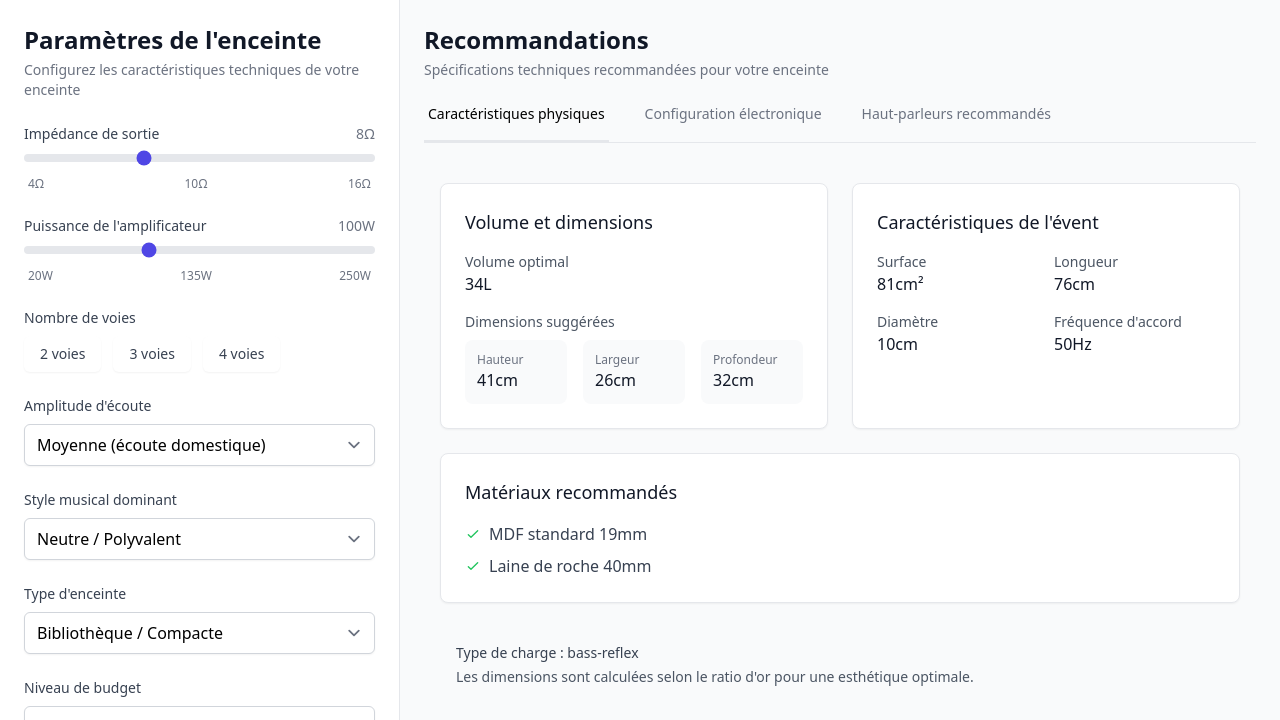
Repository: flobutbut/AcuoTune
Page: /#/
These files come from the project's save history. The page is drawn as it stood at one moment and after the next save; the edit follows.
The browser window is 1280 px wide. The pictures show the whole page.
The project was rebuilt for these pictures with package versions that can differ from the ones it lists, and the page was loaded fresh each time. Also part of the build but not shown: vite.config.ts, src/utils/calculations/electronic.ts, src/utils/calculations/frequency-response.ts, src/components/configurateur/FrequencyResponseChart.vue, src/components/configurateur/recommendations/ElectronicTab.vue, src/components/configurateur/recommendations/SpeakersTab.vue.

Above is the page before, as saved 2025-02-28 15:59:20.

### src/main.ts
import './assets/main.css'

import { createApp } from 'vue'
import { createPinia } from 'pinia'
import App from './App.vue'
import router from './router'

// Pour le débogage
console.log('Initializing app...')

const app = createApp(App)
const pinia = createPinia()

// Pour le débogage
app.config.errorHandler = (err, instance, info) => {
  console.error('Vue Error:', err)
  console.log('Component:', instance)
  console.log('Info:', info)
}

app.use(pinia)
app.use(router)

app.mount('#app')

// Pour le débogage
console.log('App mounted')

### src/App.vue
<script setup lang="ts">
import { RouterView } from 'vue-router'
</script>

<template>
  <RouterView />
</template>

<style>
#app {
  height: 100vh;
  width: 100vw;
}
</style>

### src/router/index.ts
import { createRouter, createWebHashHistory } from 'vue-router'
import ConfigurateurView from '../views/ConfigurateurView.vue'

const base = process.env.NODE_ENV === 'production' ? '/AcuoTune/' : '/'

const router = createRouter({
  history: createWebHashHistory(base),
  routes: [
    {
      path: '/',
      name: 'home',
      component: ConfigurateurView
    }
  ]
})

export default router

### src/views/ConfigurateurView.vue
<script setup lang="ts">
import ConfigurationPanel from '@/components/configurateur/ConfigurationPanel.vue'
import RecommendationsPanel from '@/components/configurateur/RecommendationsPanel.vue'
</script>

<template>
  <div class="flex h-screen bg-gray-50">
    <!-- Colonne de gauche - Configuration -->
    <div class="w-[400px] min-w-[400px] overflow-y-auto border-r border-gray-200 bg-white">
      <ConfigurationPanel />
    </div>

    <!-- Colonne de droite - Recommandations -->
    <div class="flex-1 overflow-y-auto">
      <RecommendationsPanel />
    </div>
  </div>
</template>

<style>
/* Supprimer les marges par défaut */
body {
  margin: 0;
  padding: 0;
}

/* Assurer que l'app prend toute la hauteur */
#app {
  height: 100vh;
}
</style>

### src/components/configurateur/RecommendationsPanel.vue
<script setup lang="ts">
import { ref } from 'vue'
import PhysicalTab from './recommendations/PhysicalTab.vue'
import ElectronicTab from './recommendations/ElectronicTab.vue'
import SpeakersTab from './recommendations/SpeakersTab.vue'

const activeTab = ref('physique')

// Données temporaires pour test
const physicalRecommendations = {
  volume: '30L',
  dimensions: {
    height: '80cm',
    width: '30cm',
    depth: '40cm'
  },
  materials: ['MDF 19mm', 'Contreplaqué bouleau 18mm'],
  portType: 'Bass-reflex',
  port: {
    surface: '50cm²',
    length: '15cm',
    diameter: '8cm',
    tuningFreq: '35Hz'
  }
}

const electronicRecommendations = {
  impedance: '8Ω',
  power: '100W RMS',
  crossoverFreqs: ['500Hz', '3.5kHz'],
  filterSlope: '12dB/octave',
  efficiency: '89dB'
}

const speakerRecommendations = [
  {
    type: 'Grave',
    impedance: '8Ω',
    power: '100W RMS',
    sensitivity: '89dB'
  },
  {
    type: 'Médium',
    impedance: '8Ω',
    power: '50W RMS',
    sensitivity: '91dB'
  },
  {
    type: 'Aigu',
    impedance: '8Ω',
    power: '25W RMS',
    sensitivity: '92dB'
  }
]
</script>

<template>
  <div class="w-full">
    <div class="p-6">
      <h2 class="text-2xl font-bold text-gray-900">Recommandations</h2>
      <p class="mt-1 text-sm text-gray-500 mb-6">Spécifications techniques recommandées pour votre enceinte</p>

      <!-- Onglets -->
      <div class="border-b border-gray-200">
        <nav class="flex space-x-8" aria-label="Tabs">
          <button
            v-for="tab in ['physique', 'electronique', 'hautparleurs']"
            :key="tab"
            @click="activeTab = tab"
            :class="[
              'pb-4 px-1 font-medium text-sm border-b-2 transition-colors',
              activeTab === tab
                ? 'border-primary-600 text-primary-600'
                : 'border-transparent text-gray-500 hover:text-gray-700 hover:border-gray-300'
            ]"
          >
            {{ tab === 'physique' ? 'Caractéristiques physiques' :
               tab === 'electronique' ? 'Configuration électronique' :
               'Haut-parleurs recommandés' }}
          </button>
        </nav>
      </div>

      <!-- Contenu des onglets -->
      <div class="mt-6">
        <PhysicalTab v-if="activeTab === 'physique'" />
        <ElectronicTab v-if="activeTab === 'electronique'" />
        <SpeakersTab v-if="activeTab === 'hautparleurs'" />
      </div>
    </div>
  </div>
</template>

### src/stores/configurateur.ts
import { defineStore } from 'pinia'
import type {
  Config,
  Recommendations,
  PhysicalRecommendation,
  ElectronicRecommendation,
  HautParleur
} from '@/types/configurateur'
import { calculateAcoustic } from '@/utils/calculations/acoustic'
import { calculateElectronic } from '@/utils/calculations/electronic'
import { calculatePhysical } from '@/utils/calculations/physical'
import { calculateSpeakers } from '@/utils/calculations/speakers'

const getTweeterTechnologie = (styleMusical: string, budgetNiveau: string): string => {
  if (styleMusical === 'hifi' || budgetNiveau === 'élevé') {
    return 'Dôme en soie de haute qualité avec chambre arrière amortie'
  }
  return 'Dôme en soie standard'
}

const getFrequencesCoupure = (nombreVoies: number, styleMusical: string): string[] => {
  const frequences = []

  switch (nombreVoies) {
    case 2:
      frequences.push(styleMusical === 'bass' ? '2.5 kHz' : '3 kHz')
      break
    case 3:
      frequences.push(
        styleMusical === 'bass' ? '400 Hz' : '500 Hz',
        styleMusical === 'bass' ? '2.5 kHz' : '3 kHz'
      )
      break
    case 4:
      frequences.push(
        styleMusical === 'bass' ? '200 Hz' : '250 Hz',
        styleMusical === 'bass' ? '800 Hz' : '1 kHz',
        styleMusical === 'bass' ? '2.5 kHz' : '3 kHz'
      )
      break
  }

  return frequences
}

// État initial par défaut
const defaultConfig: Config = {
  // Valeurs par défaut
  nombreVoies: '2',
  puissanceAmp: 100,
  impedance: 8,
  amplitudeEcoute: 'moyenne',
  styleMusical: 'neutre',
  typeEnceinte: 'bibliothèque',
  distanceAuMur: 'moyenne',
  utilisationPrincipale: 'musique',
  budgetNiveau: 'moyen',
  typeCharge: 'bass-reflex',
  showAdvanced: false,
  // Valeurs avancées
  penteFiltre: 12,
  freqCoupureManuelle: [],
  accordEvent: 0,
  facteurQualite: 0.707
}

// Recommandations par défaut
const defaultRecommendations: Recommendations = {
  physique: {
    dimensions: { hauteur: 0, largeur: 0, profondeur: 0 },
    volume: 0,
    materiaux: [],
    typeCharge: 'bass-reflex',
    ventilation: false
  },
  electronique: {
    puissanceAdmissible: '',
    impedanceGlobale: '',
    sensibilite: '',
    frequencesCoupure: [],
    penteFiltre: ''
  },
  hautParleurs: [],
  freqCoupure: []
}

export const useConfigurateurStore = defineStore('configurateur', {
  state: () => ({
    config: defaultConfig as Config
  }),

  actions: {
    updateConfig(newConfig: Partial<Config>) {
      this.config = {
        ...this.config,
        ...newConfig
      }
    },

    resetConfig() {
      this.config = { ...defaultConfig }
    },

    calculateRecommendations() {
      console.log('Calculating recommendations with config:', this.config)

      try {
        // Calculs acoustiques
        const acoustic = calculateAcoustic(this.config)
        console.log('Acoustic calculations:', acoustic)

        // Mise à jour temporaire des recommandations
        this.recommandations = {
          physique: {
            dimensions: {
              hauteur: Math.round(Math.pow(acoustic.volumeOptimal * 1000, 1/3) * 1.6),
              largeur: Math.round(Math.pow(acoustic.volumeOptimal * 1000, 1/3)),
              profondeur: Math.round(Math.pow(acoustic.volumeOptimal * 1000, 1/3) * 1.25)
            },
            volume: acoustic.volumeOptimal,
            materiaux: ['MDF 19mm', 'Laine de roche 50mm'],
            typeCharge: this.config.typeCharge,
            ventilation: this.config.typeCharge !== 'clos',
            eventSpecs: this.config.typeCharge !== 'clos' ? {
              surface: 50,
              diametre: 8,
              longueur: 15,
              frequence: acoustic.frequenceAccord
            } : undefined
          },
          electronique: {
            puissanceAdmissible: `${acoustic.puissanceMax}W RMS`,
            impedanceGlobale: `${this.config.impedance}Ω nominal`,
            sensibilite: `${acoustic.rendementBasse} dB`,
            frequencesCoupure: acoustic.freqCoupure,
            penteFiltre: `${this.config.penteFiltre || '12'} dB/octave`
          },
          hautParleurs: [],
          freqCoupure: acoustic.freqCoupure
        }

        console.log('Updated recommendations:', this.recommandations)
      } catch (error) {
        console.error('Error calculating recommendations:', error)
      }
    },

    _calculateAcousticParameters() {
      return calculateAcoustic(this.config)
    },

    _calculatePhysicalParameters(acoustic: any) {
      // TODO: Implémenter dans physical.ts
      return this.recommandations.physique
    },

    _calculateElectronicParameters(acoustic: any) {
      // TODO: Implémenter dans electronic.ts
      return this.recommandations.electronique
    },

    _calculateSpeakerParameters(acoustic: any) {
      // TODO: Implémenter dans speakers.ts
      return this.recommandations.hautParleurs
    }
  }
})

### src/components/configurateur/controls/RangeInput.vue
<script setup lang="ts">
defineProps<{
  label: string
  name: string
  value: number
  min: number
  max: number
  step: number
  unit?: string
}>()

defineEmits<{
  (e: 'update', event: Event): void
}>()
</script>

<template>
  <div class="space-y-2">
    <!-- Label et valeur actuelle -->
    <div class="flex justify-between items-center">
      <label :for="name" class="block text-sm font-medium text-gray-700">
        {{ label }}
      </label>
      <span class="text-sm text-gray-500">
        {{ value }}{{ unit }}
      </span>
    </div>

    <!-- Input range -->
    <input
      :id="name"
      type="range"
      :name="name"
      :min="min"
      :max="max"
      :step="step"
      :value="value"
      @input="$emit('update', $event)"
      class="w-full h-2 bg-gray-200 rounded-lg appearance-none cursor-pointer
             dark:bg-gray-700 accent-indigo-600 focus:outline-none focus:ring-2
             focus:ring-indigo-500 focus:ring-offset-2"
    />

    <!-- Valeurs min/max -->
    <div class="flex justify-between px-1">
      <span class="text-xs text-gray-500">{{ min }}{{ unit }}</span>
      <span class="text-xs text-gray-500">{{ Math.round((max + min) / 2) }}{{ unit }}</span>
      <span class="text-xs text-gray-500">{{ max }}{{ unit }}</span>
    </div>
  </div>
</template>

### src/components/configurateur/controls/SelectInput.vue
<script setup lang="ts">
interface Option {
  value: string
  label: string
}

defineProps<{
  label: string
  name: string
  value: string
  options: Option[]
}>()

defineEmits<{
  (e: 'update', event: Event): void
}>()
</script>

<template>
  <div class="space-y-2">
    <label :for="name" class="block text-sm font-medium text-gray-700">
      {{ label }}
    </label>
    <select
      :id="name"
      :name="name"
      :value="value"
      @change="$emit('update', $event)"
      class="mt-1 block w-full rounded-md border-gray-300 py-2 pl-3 pr-10 text-base
             focus:border-indigo-500 focus:outline-none focus:ring-indigo-500
             bg-white shadow-sm"
    >
      <option
        v-for="option in options"
        :key="option.value"
        :value="option.value"
        class="text-gray-900"
      >
        {{ option.label }}
      </option>
    </select>
  </div>
</template>

### src/constants/configurateur.ts
export const IMPEDANCE_OPTIONS = {
  min: 4,
  max: 16,
  step: 4
}

export const PUISSANCE_OPTIONS = {
  min: 20,
  max: 250,
  step: 10
}

export const AMPLITUDE_ECOUTE_OPTIONS = [
  { value: 'faible', label: 'Faible (écoute de proximité)' },
  { value: 'moyenne', label: 'Moyenne (écoute domestique)' },
  { value: 'forte', label: 'Forte (home-cinéma, fêtes)' }
]

export const STYLE_MUSICAL_OPTIONS = [
  { value: 'neutre', label: 'Neutre / Polyvalent' },
  { value: 'hifi', label: 'Hi-Fi / Audiophile' },
  { value: 'bass', label: 'Bass heavy (Electronic, Hip-hop)' },
  { value: 'acoustique', label: 'Acoustique / Classique' }
]

export const TYPE_ENCEINTE_OPTIONS = [
  { value: 'bibliothèque', label: 'Bibliothèque / Compacte' },
  { value: 'colonne', label: 'Colonne' },
  { value: 'monitoring', label: 'Monitoring' }
]

export const BUDGET_NIVEAU_OPTIONS = [
  { value: 'économique', label: 'Économique' },
  { value: 'moyen', label: 'Moyen' },
  { value: 'élevé', label: 'Élevé' }
]

export const DISTANCE_MUR_OPTIONS = [
  { value: 'proche', label: 'Proche (< 20cm)' },
  { value: 'moyenne', label: 'Moyenne (20-40cm)' },
  { value: 'éloignée', label: 'Éloignée (> 40cm)' }
]

export const UTILISATION_OPTIONS = [
  { value: 'musique', label: 'Musique' },
  { value: 'homecinema', label: 'Home-cinéma' },
  { value: 'mixte', label: 'Mixte (Musique + Home-cinéma)' },
  { value: 'studio', label: 'Production / Mixage studio' }
]

export const TYPE_CHARGE_OPTIONS = [
  { value: 'clos', label: 'Clos' },
  { value: 'bass-reflex', label: 'Bass-reflex' },
  { value: 'double-bass-reflex', label: 'Double Bass-reflex' }
]

export const PENTE_FILTRE_OPTIONS = [
  { value: '12', label: '12 dB/octave' },
  { value: '18', label: '18 dB/octave' },
  { value: '24', label: '24 dB/octave' }
]

export const FACTEUR_QUALITE_OPTIONS = [
  { value: '0.5', label: 'Q = 0.5 (Sous-amorti)' },
  { value: '0.707', label: 'Q = 0.707 (Butterworth)' },
  { value: '1.0', label: 'Q = 1.0 (Sur-amorti)' }
]

Loaded but not shown: index.html (common file); src/assets/main.css (common file); tailwind.config.js (13 lines, source omitted); src/utils/calculations/acoustic.ts (372 lines, source omitted); src/components/configurateur/ConfigurationPanel.vue (291 lines, source omitted); src/utils/calculations/physical.ts (240 lines, source omitted); src/components/configurateur/recommendations/PhysicalTab.vue (104 lines, source omitted)

After the next save:
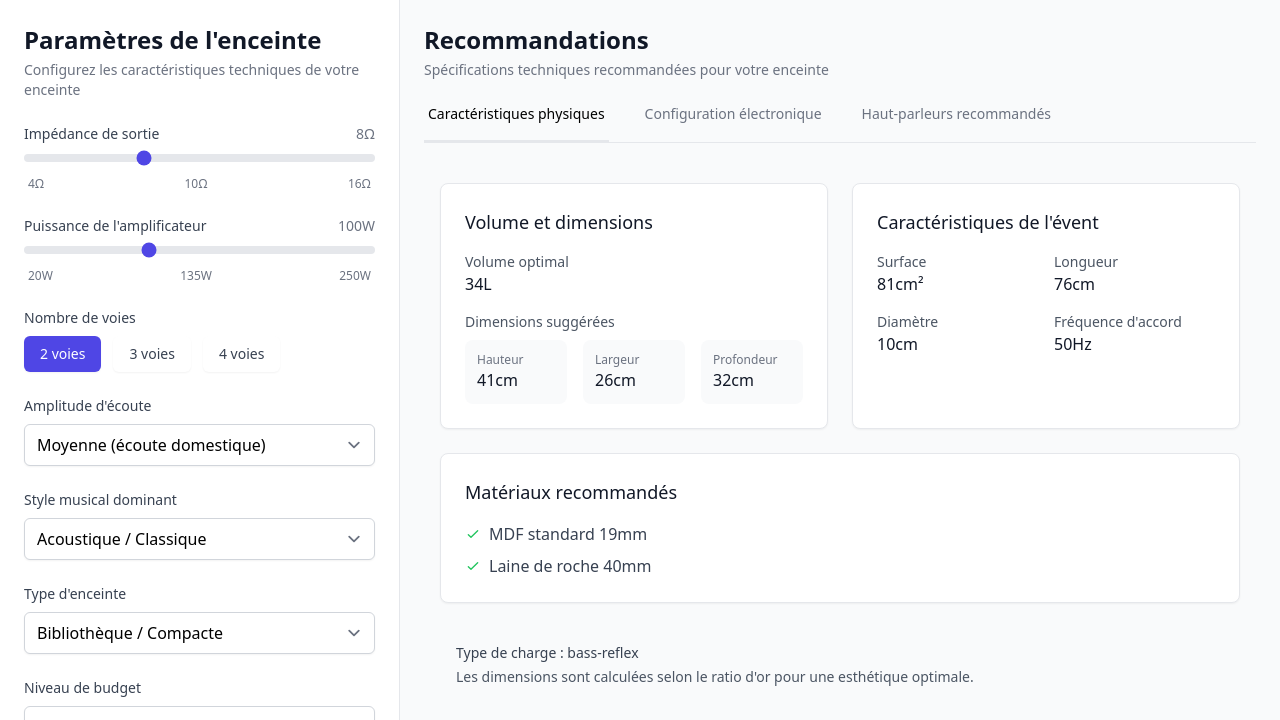
Saved 107 s later.
--- a/src/stores/configurateur.ts
+++ b/src/stores/configurateur.ts
@@ -50,7 +50,7 @@
   puissanceAmp: 100,
   impedance: 8,
   amplitudeEcoute: 'moyenne',
-  styleMusical: 'neutre',
+  styleMusical: 'acoustique',
   typeEnceinte: 'bibliothèque',
   distanceAuMur: 'moyenne',
   utilisationPrincipale: 'musique',
@@ -59,8 +59,8 @@
   showAdvanced: false,
   // Valeurs avancées
   penteFiltre: 12,
-  freqCoupureManuelle: [],
-  accordEvent: 0,
+  freqCoupureManuelle: [500, 5000],
+  accordEvent: 50,
   facteurQualite: 0.707
 }
 
@@ -86,14 +86,53 @@
 
 export const useConfigurateurStore = defineStore('configurateur', {
   state: () => ({
-    config: defaultConfig as Config
+    config: {
+      impedance: 8,
+      puissanceAmp: 100,
+      nombreVoies: 2,
+      amplitudeEcoute: 'moyenne',
+      styleMusical: 'acoustique',
+      typeEnceinte: 'bibliothèque',
+      budgetNiveau: 'moyen',
+      distanceAuMur: 'moyenne',
+      utilisationPrincipale: 'musique',
+      showAdvanced: false,
+      typeCharge: 'bass-reflex',
+      accordEvent: 50,
+      facteurQualite: 0.707, // Valeur par défaut Butterworth
+      freqCoupureManuelle: [500, 5000]
+    } as Config
   }),
 
   actions: {
-    updateConfig(newConfig: Partial<Config>) {
+    updateConfig(update: Partial<Config>) {
       this.config = {
         ...this.config,
-        ...newConfig
+        ...update
+      }
+
+      // Si on change le type de charge, on ajuste la fréquence d'accord
+      if (update.typeCharge) {
+        const baseFreq = this.config.typeEnceinte === 'bibliothèque' ? 50 : 40
+        this.config.accordEvent = update.typeCharge === 'double-bass-reflex'
+          ? Math.round(baseFreq * 0.8)
+          : baseFreq
+      }
+
+      // Si on change le facteur de qualité, on ajuste les recommandations
+      if (update.facteurQualite) {
+        // Mise à jour des fréquences de coupure en fonction du facteur de qualité
+        const q = parseFloat(update.facteurQualite.toString())
+        if (q <= 0.6) {
+          // Pour un son plus neutre, on augmente légèrement les fréquences de coupure
+          this.config.freqCoupureManuelle = [600, 5500]
+        } else if (q >= 0.9) {
+          // Pour plus d'impact, on baisse légèrement les fréquences de coupure
+          this.config.freqCoupureManuelle = [400, 4500]
+        } else {
+          // Valeurs standard pour Butterworth
+          this.config.freqCoupureManuelle = [500, 5000]
+        }
       }
     },
 

After the save that followed:
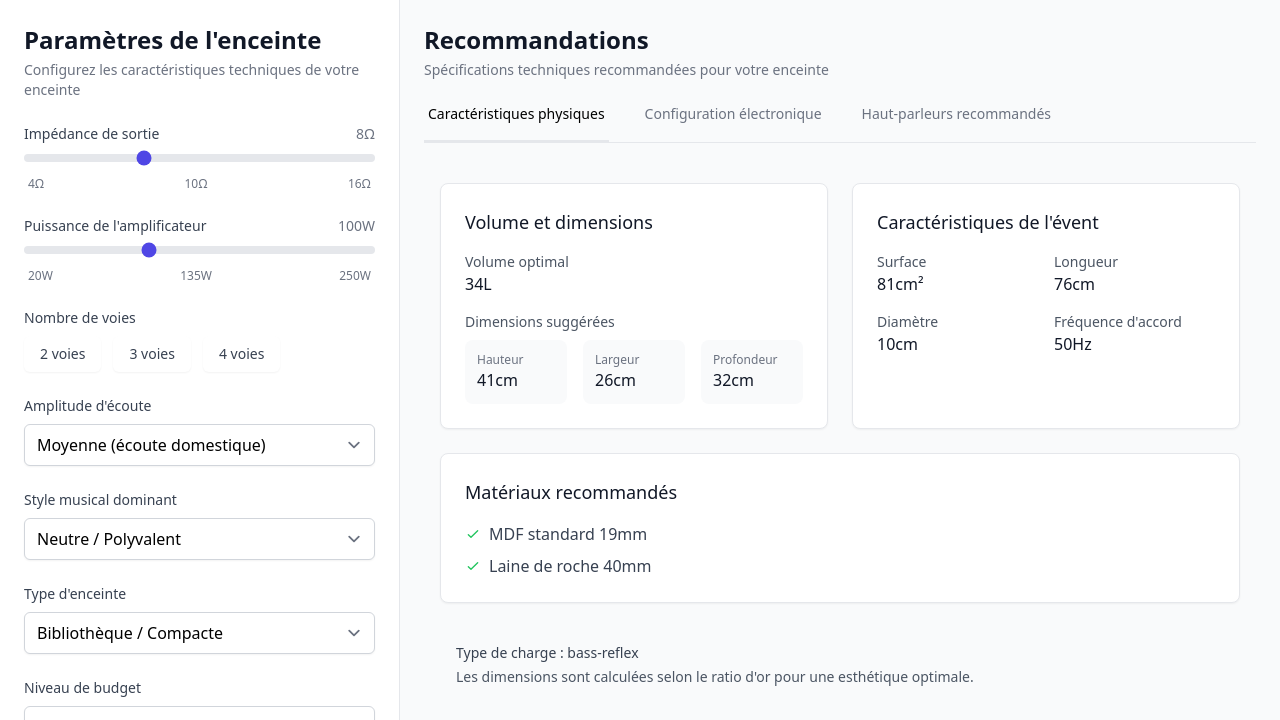
Saved 40 s later.
--- a/src/stores/configurateur.ts
+++ b/src/stores/configurateur.ts
@@ -50,7 +50,7 @@
   puissanceAmp: 100,
   impedance: 8,
   amplitudeEcoute: 'moyenne',
-  styleMusical: 'acoustique',
+  styleMusical: 'neutre',
   typeEnceinte: 'bibliothèque',
   distanceAuMur: 'moyenne',
   utilisationPrincipale: 'musique',
@@ -59,8 +59,8 @@
   showAdvanced: false,
   // Valeurs avancées
   penteFiltre: 12,
-  freqCoupureManuelle: [500, 5000],
-  accordEvent: 50,
+  freqCoupureManuelle: [],
+  accordEvent: 0,
   facteurQualite: 0.707
 }
 
@@ -86,53 +86,14 @@
 
 export const useConfigurateurStore = defineStore('configurateur', {
   state: () => ({
-    config: {
-      impedance: 8,
-      puissanceAmp: 100,
-      nombreVoies: 2,
-      amplitudeEcoute: 'moyenne',
-      styleMusical: 'acoustique',
-      typeEnceinte: 'bibliothèque',
-      budgetNiveau: 'moyen',
-      distanceAuMur: 'moyenne',
-      utilisationPrincipale: 'musique',
-      showAdvanced: false,
-      typeCharge: 'bass-reflex',
-      accordEvent: 50,
-      facteurQualite: 0.707, // Valeur par défaut Butterworth
-      freqCoupureManuelle: [500, 5000]
-    } as Config
+    config: defaultConfig as Config
   }),
 
   actions: {
-    updateConfig(update: Partial<Config>) {
+    updateConfig(newConfig: Partial<Config>) {
       this.config = {
         ...this.config,
-        ...update
-      }
-
-      // Si on change le type de charge, on ajuste la fréquence d'accord
-      if (update.typeCharge) {
-        const baseFreq = this.config.typeEnceinte === 'bibliothèque' ? 50 : 40
-        this.config.accordEvent = update.typeCharge === 'double-bass-reflex'
-          ? Math.round(baseFreq * 0.8)
-          : baseFreq
-      }
-
-      // Si on change le facteur de qualité, on ajuste les recommandations
-      if (update.facteurQualite) {
-        // Mise à jour des fréquences de coupure en fonction du facteur de qualité
-        const q = parseFloat(update.facteurQualite.toString())
-        if (q <= 0.6) {
-          // Pour un son plus neutre, on augmente légèrement les fréquences de coupure
-          this.config.freqCoupureManuelle = [600, 5500]
-        } else if (q >= 0.9) {
-          // Pour plus d'impact, on baisse légèrement les fréquences de coupure
-          this.config.freqCoupureManuelle = [400, 4500]
-        } else {
-          // Valeurs standard pour Butterworth
-          this.config.freqCoupureManuelle = [500, 5000]
-        }
+        ...newConfig
       }
     },
 
